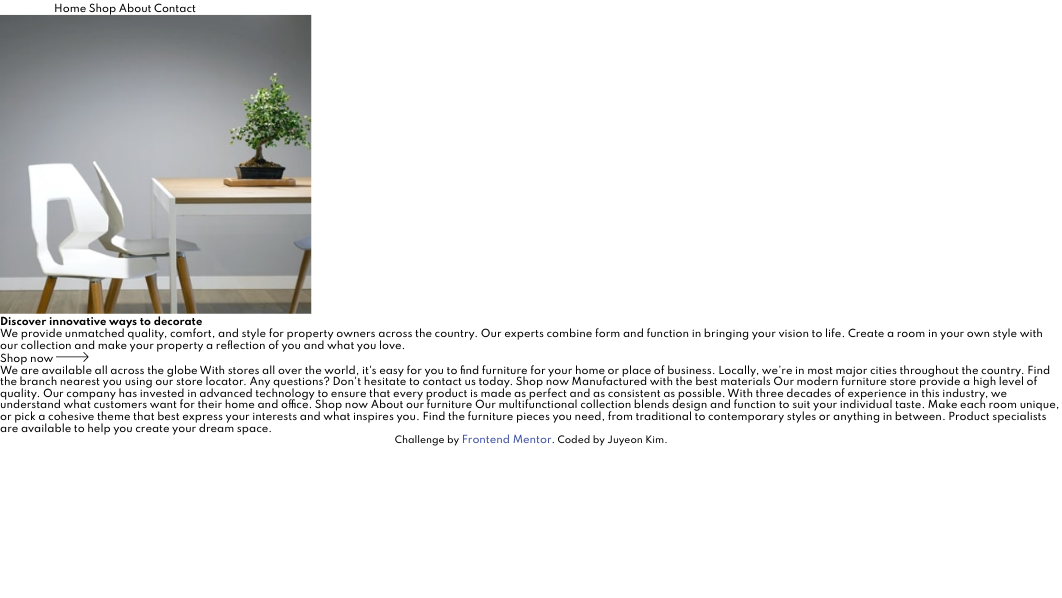
Repository: Jay-JYKim91/room-homepage-master
Page: index.html
An editor plug-in stored every save of this project. The page is shown before and after the next save, followed by the edit.
The browser window is 1280 px wide. The pictures show the whole page, at 83% of full size.

Above is the page before, as saved 2021-07-11 21:46:58.

### index.html
<!DOCTYPE html>
<html lang="en">
<head>
  <meta charset="UTF-8">
  <meta name="viewport" content="width=device-width, initial-scale=1.0"> <!-- displays site properly based on user's device -->
  <link rel="preconnect" href="https://fonts.googleapis.com">
  <link rel="preconnect" href="https://fonts.gstatic.com" crossorigin>
  <link href="https://fonts.googleapis.com/css2?family=Spartan:wght@500;600;700&display=swap" rel="stylesheet">
  <link rel="icon" type="image/png" sizes="32x32" href="./images/favicon-32x32.png">
  <link rel="stylesheet" href="style.css">
  <title>Room homepage</title>

</head>
<body>
  <header>
    <img src="./images/logo.svg" alt="logo">
    Home
    Shop
    About
    Contact
  </header>
  <body>
    <div class="slide">
      <div class="slide-img">
        <img src="./images/mobile-image-hero-1.jpg" alt="hero-1">
      </div>
      <div class="slide-text">
        <h1>Discover innovative ways to decorate</h1>
        <p>
          We provide unmatched quality, comfort, and style for property owners across the country.
          Our experts combine form and function in bringing your vision to life. Create a room in your
          own style with our collection and make your property a reflection of you and what you love.
        </p>
        <a href="#">
          Shop now
          <img src="./images/icon-arrow.svg" alt="arrow">
        </a>
      </div>
    </div>
    <div class="slide"></div>
    <div class="slide"></div>

  </body>





  We are available all across the globe

  With stores all over the world, it's easy for you to find furniture for your home or place of business.
  Locally, we’re in most major cities throughout the country. Find the branch nearest you using our
  store locator. Any questions? Don't hesitate to contact us today.

  Shop now

  Manufactured with the best materials

  Our modern furniture store provide a high level of quality. Our company has invested in advanced technology
  to ensure that every product is made as perfect and as consistent as possible. With three decades of
  experience in this industry, we understand what customers want for their home and office.

  Shop now

  About our furniture

  Our multifunctional collection blends design and function to suit your individual taste.
  Make each room unique, or pick a cohesive theme that best express your interests and what
  inspires you. Find the furniture pieces you need, from traditional to contemporary styles
  or anything in between. Product specialists are available to help you create your dream space.

  <div class="attribution">
    Challenge by <a href="https://www.frontendmentor.io?ref=challenge" target="_blank">Frontend Mentor</a>.
    Coded by Juyeon Kim.
  </div>
</body>
</html>

### style.css
:root {
  --body-font: "Spartan", sans-serif;

  --dark-gray: hsl(0, 0%, 63%);
  --black: hsl(0, 0%, 0%);
  --white: hsl(0, 0%, 100%);
  --very-dark-gray: hsl(0, 0%, 27%);
}

* {
  margin: 0;
  padding: 0;
  font-family: var(--body-font);
  font-size: 12px;
}

a {
  text-decoration: none;
  color: black;
}
.attribution {
  font-size: 11px;
  text-align: center;
}
.attribution a {
  color: hsl(228, 45%, 44%);
}

@media screen and (max-width: 800px) {
}

After the next save:
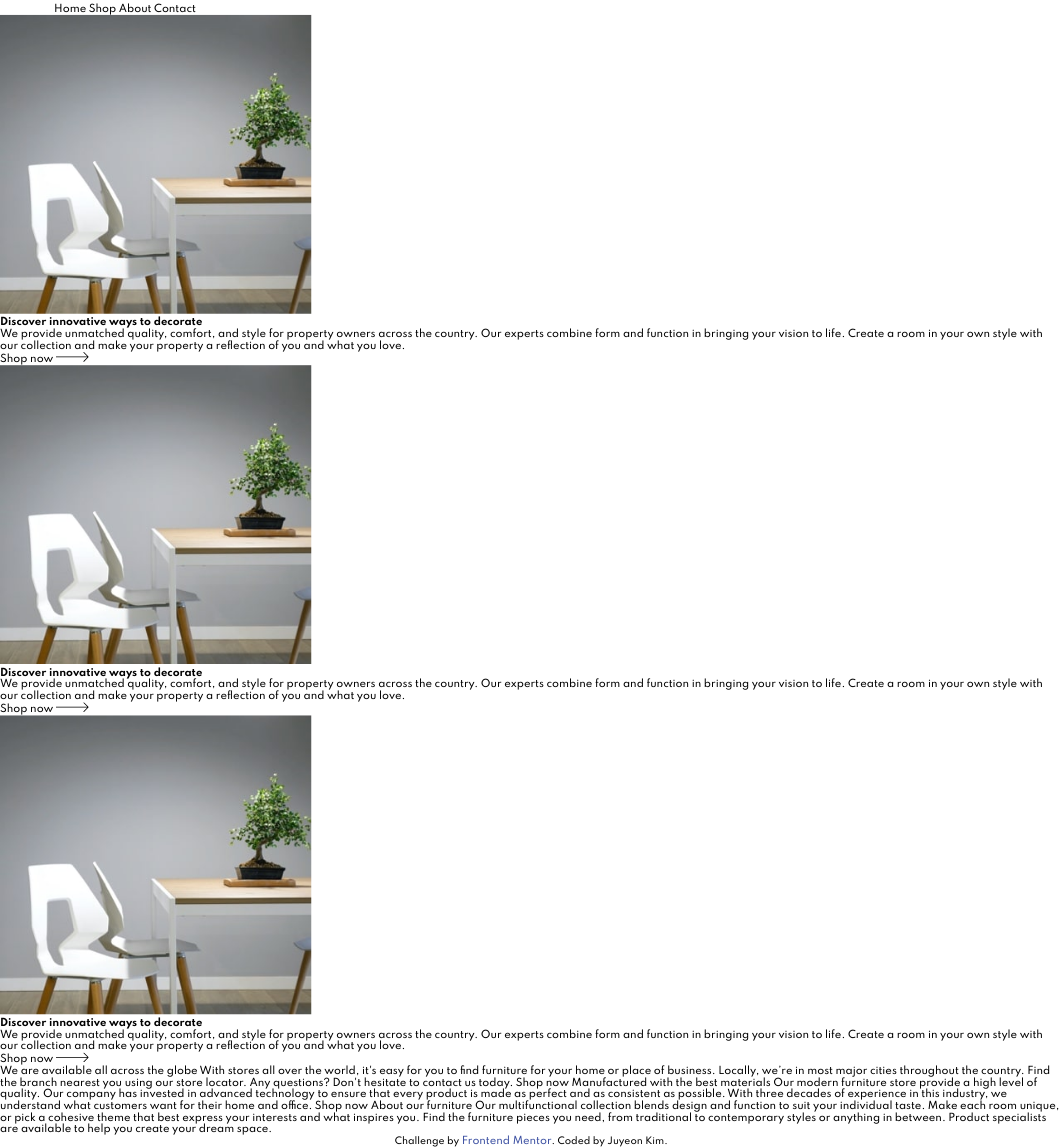
Saved 25 s later.
--- a/index.html
+++ b/index.html
@@ -37,8 +37,40 @@
         </a>
       </div>
     </div>
-    <div class="slide"></div>
-    <div class="slide"></div>
+    <div class="slide">
+      <div class="slide-img">
+        <img src="./images/mobile-image-hero-1.jpg" alt="hero-1">
+      </div>
+      <div class="slide-text">
+        <h1>Discover innovative ways to decorate</h1>
+        <p>
+          We provide unmatched quality, comfort, and style for property owners across the country.
+          Our experts combine form and function in bringing your vision to life. Create a room in your
+          own style with our collection and make your property a reflection of you and what you love.
+        </p>
+        <a href="#">
+          Shop now
+          <img src="./images/icon-arrow.svg" alt="arrow">
+        </a>
+      </div>
+    </div>
+    <div class="slide">
+      <div class="slide-img">
+        <img src="./images/mobile-image-hero-1.jpg" alt="hero-1">
+      </div>
+      <div class="slide-text">
+        <h1>Discover innovative ways to decorate</h1>
+        <p>
+          We provide unmatched quality, comfort, and style for property owners across the country.
+          Our experts combine form and function in bringing your vision to life. Create a room in your
+          own style with our collection and make your property a reflection of you and what you love.
+        </p>
+        <a href="#">
+          Shop now
+          <img src="./images/icon-arrow.svg" alt="arrow">
+        </a>
+      </div>
+    </div>
 
   </body>
 
